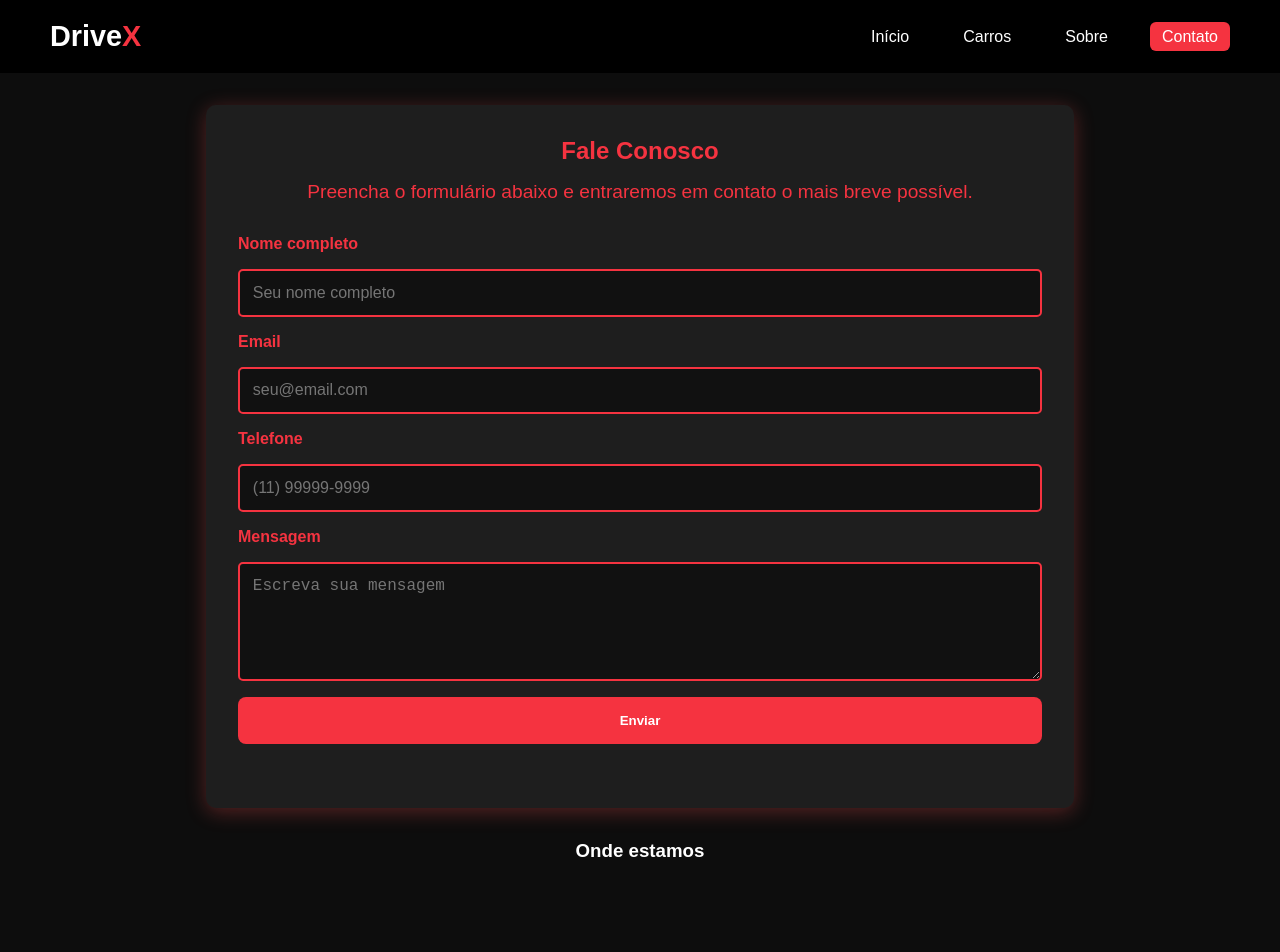
Repository: Mateushlp/DriveX
Page: contato.html
An editor plug-in stored every save of this project. The page is shown before and after the next save, followed by the edit.
The browser window is 1280 px wide. The pictures show the part of the page from y = 0 to 952 px (the page is 1383 px tall).
Pictures or frames that could not be fetched are drawn as grey boxes.

Above is the page before, as saved 2025-06-24 22:47:33.

### contato.html
<!DOCTYPE html>
<html lang="pt-BR">
<head>
  <meta charset="UTF-8" />
  <meta name="viewport" content="width=device-width, initial-scale=1.0"/>
  <title>DriveX - Contato</title>
  <link rel="stylesheet" href="contatos.css" />
</head>
<body>
  <header>
    <div class="logo">
      <a href="./index.html">Drive<span>X</span></div></a>
    <nav>
      <ul>
        <li><a href="index.html">Início</a></li>
        <li><a href="carros.html">Carros</a></li>
        <li><a href="sobre.html">Sobre</a></li>
        <li><a href="contato.html" class="active">Contato</a></li>
      </ul>
    </nav>
  </header>
  <main>
    <section class="contato-section">
      <h2>Fale Conosco</h2>
      <p>Preencha o formulário abaixo e entraremos em contato o mais breve possível.</p>

      <form id="form-contato">
        <label for="nome">Nome completo</label>
        <input type="text" id="nome" name="nome" required placeholder="Seu nome completo" />

        <label for="email">Email</label>
        <input type="email" id="email" name="email" required placeholder="seu@email.com" />

        <label for="telefone">Telefone</label>
        <input type="tel" id="telefone" name="telefone" placeholder="(11) 99999-9999" />

        <label for="mensagem">Mensagem</label>
        <textarea id="mensagem" name="mensagem" rows="5" required placeholder="Escreva sua mensagem"></textarea>

        <button type="submit" class="btn-enviar">Enviar</button>
      </form>

      <p id="resposta-contato" class="resposta"></p>
    </section>

    <section class="mapa-section">
      <h3>Onde estamos</h3>
      <iframe
        src="https://www.google.com/maps/embed?pb=!1m18!1m12!1m3!1d3656.910621564848!2d-46.65915618444137!3d-23.564723284678864!2m3!1f0!2f0!3f0!3m2!1i1024!2i768!4f13.1!3m3!1m2!1s0x94ce59b1ee1e495b%3A0x3995f41db290dede!2sAv.%20Paulista%2C%201313%20-%20Bela%20Vista%2C%20S%C3%A3o%20Paulo%20-%20SP!5e0!3m2!1spt-BR!2sbr!4v1687206503256!5m2!1spt-BR!2sbr"
        allowfullscreen=""
        loading="lazy"
        referrerpolicy="no-referrer-when-downgrade">
      </iframe>
    </section>
  </main>

  <footer class="rodape">
    <p>&copy; 2025 DriveX. Todos os direitos reservados.</p>
    <p>Contato: contato@drivex.com | (11) 99999-9999</p>
  </footer>

  <script src="contato.js"></script>
</body>
</html>

### contatos.css
/* Reset e base */
* {
  margin: 0;
  padding: 0;
  box-sizing: border-box;
}

body {
  font-family: 'Arial', sans-serif;
  background-color: #0d0d0d;
  color: #fff;
}

header {
  display: flex;
  justify-content: space-between;
  align-items: center;
  padding: 20px 50px;
  background-color: #000;
}

.logo {
  font-size: 1.8rem;
  font-weight: bold;
}

.logo span {
  color: #f53340;
}

nav ul {
  list-style: none;
  display: flex;
  gap: 30px;
}

nav a {
  color: #fff;
  text-decoration: none;
  font-size: 1rem;
}
a{
  text-decoration: none;
  color: #fff;
}


.logo {
  font-size: 1.8rem;
  font-weight: bold;
  color: #fff;
}

.logo span {
  color: #f53340;
}

nav ul {
  list-style: none;
  display: flex;
  gap: 30px;
}

nav a {
  color: #fff;
  text-decoration: none;
  font-size: 1rem;
  padding: 6px 12px;
  border-radius: 6px;
  transition: background-color 0.3s ease;
}

nav a:hover,
nav a.active {
  background-color: #f53340;
  color: #fff;
}


/* Cabeçalho */
.cabecalho {
  display: flex;
  justify-content: space-between;
  align-items: center;
  padding: 20px 50px;
  background-color: #000;
}

.cabecalho h1 {
  font-size: 1.8rem;
  font-weight: bold;
  color: #fff;
}

.cabecalho h1 strong {
  color: #f53340;
}

.menu {
  display: flex;
  gap: 2rem;
  list-style: none;
}

.menu a {
  color: #fff;
  text-decoration: none;
  font-size: 1rem;
  padding: 0.3rem 0.7rem;
  border-radius: 6px;
  transition: background-color 0.3s ease;
}

.menu a:hover,
.menu .ativo {
  background-color: #f53340;
  color: #000;
}

/* Main e seções */
main {
  max-width: 900px;
  margin: 2rem auto;
  padding: 0 1rem;
}

.contato-section {
  background: #1e1e1e;
  padding: 2rem;
  border-radius: 10px;
  box-shadow: 0 4px 20px rgba(255, 83, 83, 0.3);
  margin-bottom: 2rem;
}

.contato-section h2,
.contato-section p {
  text-align: center;
  color: #f53340;
}

.contato-section h2 {
  margin-bottom: 1rem;
}

.contato-section p {
  margin-bottom: 2rem;
  font-size: 1.2rem;
}

form {
  display: flex;
  flex-direction: column;
  gap: 1rem;
}

label {
  color: #f53340;
  font-weight: bold;
}

input[type="text"],
input[type="email"],
input[type="tel"],
textarea {
  padding: 0.8rem;
  border-radius: 5px;
  border: 2px solid #f53340;
  font-size: 1rem;
  resize: vertical;
  background: #111;
  color: #fff;
}

textarea {
  min-height: 100px;
}

.btn-enviar {
  background-color: #f53340;
  color: #fff;
  border: none;
  padding: 1rem;
  border-radius: 8px;
  font-weight: bold;
  cursor: pointer;
  transition: background-color 0.3s;
}

.btn-enviar:hover {
  background-color: #ff4a5a;
}

.resposta {
  margin-top: 1rem;
  font-weight: 600;
  color: green;
  text-align: center;
}

.mapa-section {
  text-align: center;
}

.mapa-section h3 {
  margin-bottom: 1rem;
  color: #fff;
}

iframe {
  width: 100%;
  max-width: 600px;
  height: 400px;
  border: none;
  border-radius: 10px;
}

.rodape {
  margin-top: 1rem;
  color: #fff;
  font-size: 0.9rem;
  text-align: center;
  padding-bottom: 2rem;
}

/* Responsivo */
@media (max-width: 600px) {
  .cabecalho {
    flex-direction: column;
    gap: 1rem;
  }
}

### contato.js
const formContato = document.getElementById('form-contato');
const respostaContato = document.getElementById('resposta-contato');

formContato.addEventListener('submit', (e) => {
  e.preventDefault();

  const nome = formContato.nome.value.trim();
  const email = formContato.email.value.trim();
  const telefone = formContato.telefone.value.trim();
  const mensagem = formContato.mensagem.value.trim();

  if(!nome || !email || !mensagem){
    respostaContato.style.color = 'red';
    respostaContato.textContent = 'Por favor preencha os campos obrigatórios: nome, email e mensagem.';
    return;
  }

  // Aqui você pode fazer um envio via fetch/ajax se quiser ou só mostrar a mensagem de sucesso
  respostaContato.style.color = 'green';
  respostaContato.textContent = `Obrigado ${nome} pelo contato. Responderemos em breve!`;

  formContato.reset();
});

After the next save:
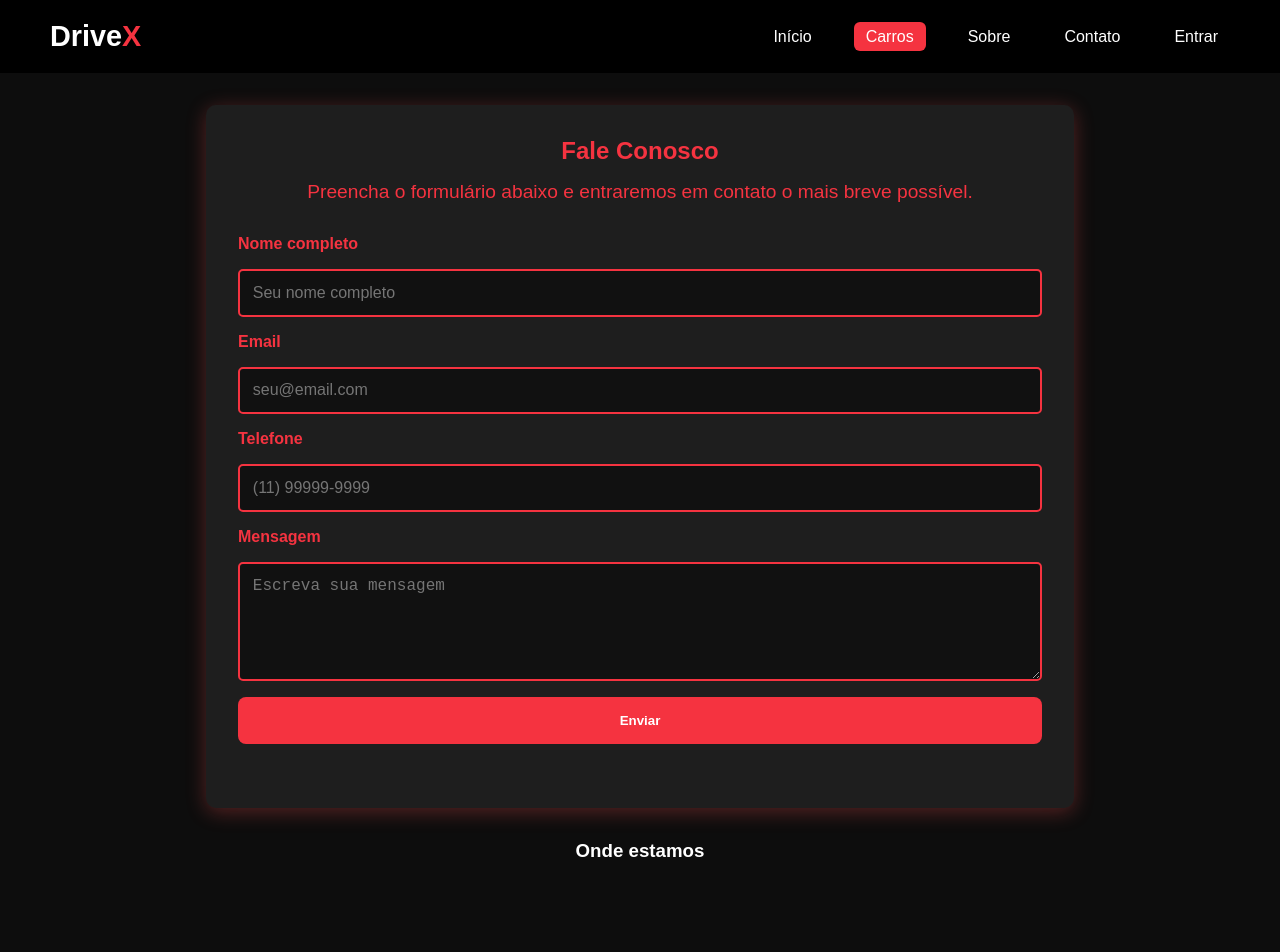
Saved 12 s later.
--- a/contato.html
+++ b/contato.html
@@ -7,18 +7,22 @@
   <link rel="stylesheet" href="contatos.css" />
 </head>
 <body>
-  <header>
-    <div class="logo">
-      <a href="./index.html">Drive<span>X</span></div></a>
-    <nav>
-      <ul>
-        <li><a href="index.html">Início</a></li>
-        <li><a href="carros.html">Carros</a></li>
-        <li><a href="sobre.html">Sobre</a></li>
-        <li><a href="contato.html" class="active">Contato</a></li>
-      </ul>
-    </nav>
-  </header>
+ <header>
+  <div class="logo">
+    <a href="./index.html">Drive<span>X</span></a>
+  </div>
+  <nav>
+    <ul id="menu-principal">
+      <li><a href="index.html">Início</a></li>
+      <li><a href="carros.html" class="active">Carros</a></li>
+      <li><a href="sobre.html">Sobre</a></li>
+      <li><a href="contato.html">Contato</a></li>
+      <li id="link-login"><a href="login.html">Entrar</a></li>
+      <li id="link-area" style="display:none;"><a href="area-restrita.html">Área Restrita</a></li>
+      <li id="btn-logout" style="display:none;"><button>Sair</button></li>
+    </ul>
+  </nav>
+</header>
   <main>
     <section class="contato-section">
       <h2>Fale Conosco</h2>
